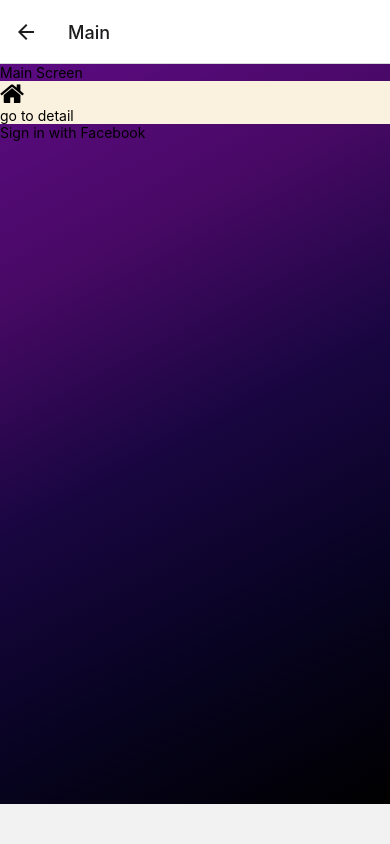
Repository: eyebone/barManager
Screen: /Main
These files come from the project's save history. The screen is drawn as it stood at one moment and after a run of saves; the edit follows.
The app was drawn by React Native's web renderer in a window 390 px wide. The project was rebuilt for these pictures with package versions that can differ from the ones it lists, and the page was loaded fresh each time. Some packages were replaced by stand-ins written for this rebuild. Also part of the build but not shown: components/EmojiPicker.js, components/Button.js, components/ImageViewer.js, components/circleButton.js, components/IconButton.js, view/ViewOne.js, view/Sign.js.

Above is the screen before, as saved 2023-06-26 17:02:51.

After the next 2 saves:
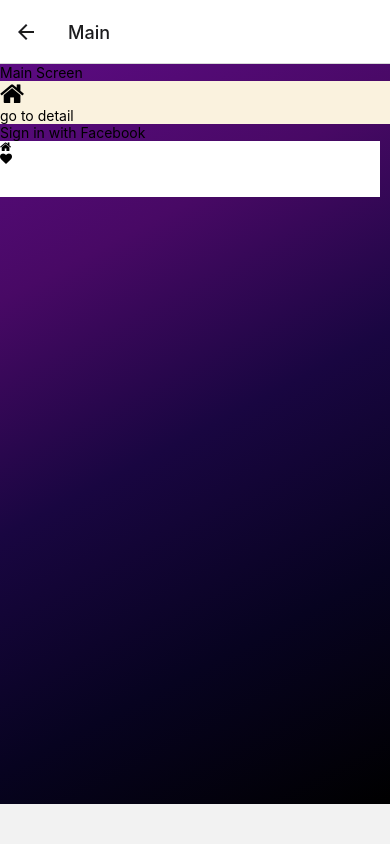
The 2 saves are shown as one change because they came seconds apart.
The last was saved 12 s later.
--- a/view/Main.js
+++ b/view/Main.js
@@ -34,6 +34,7 @@ export function MainView({ navigation }) {
       </Pressable>
 
       <Text style={styles.buttonText}>Sign in with Facebook</Text>
+      <NavigationBar />
     </LinearGradient>
   );
 }
